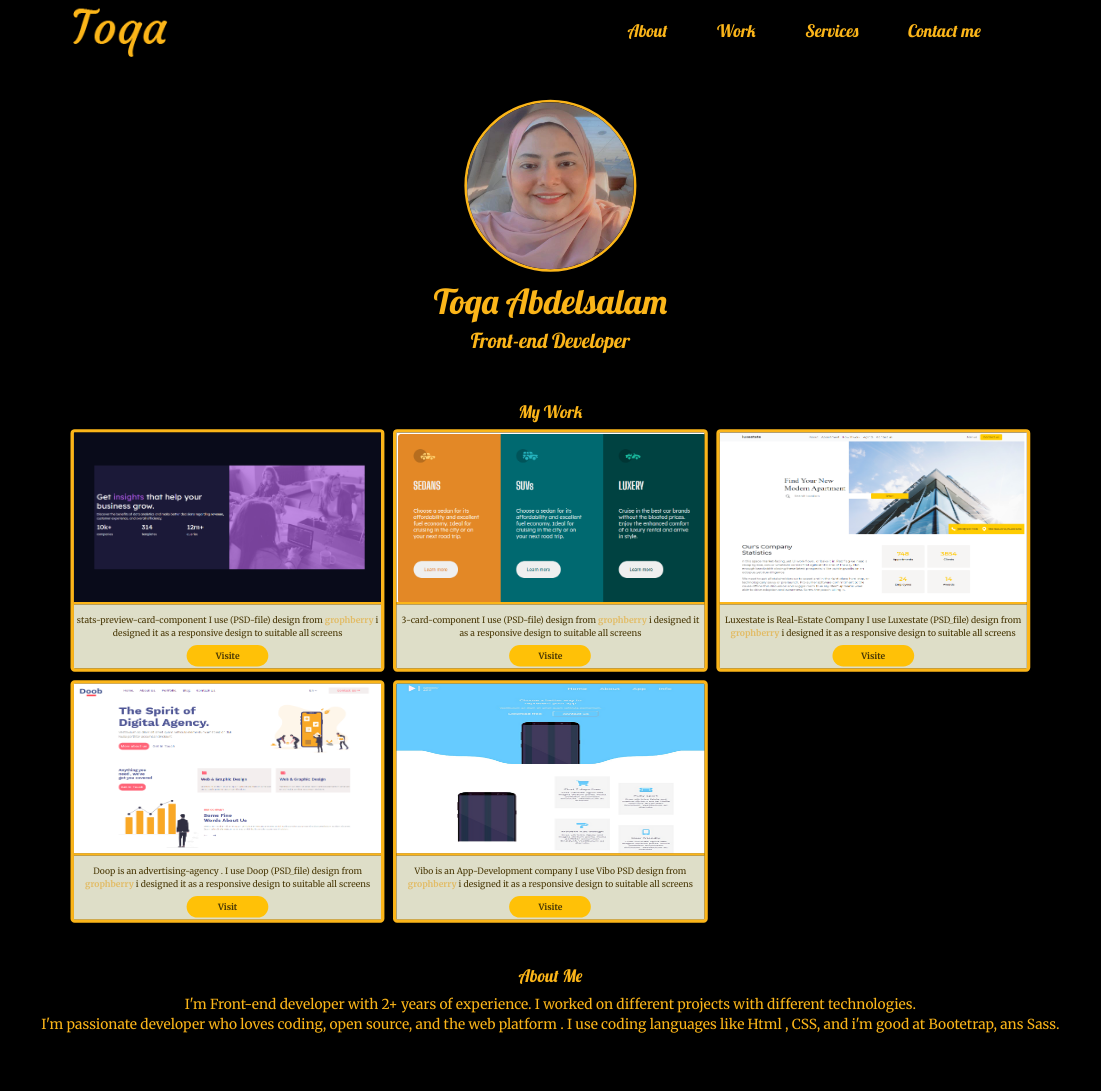
Repository: Toqa-25/portfolio
Page: index.html
The author's editor kept a copy of each file at every save. The page is drawn from the files as they stood at one save, then again after the next save.
The browser window is 1280 px wide. The pictures show the whole page, at 86% of full size.
Some web fonts or font styles are not loaded; a fallback is used.

Above is the page before, as saved 2021-07-15 16:16:59.

### index.html
<!DOCTYPE html>
<html lang="en">
<head>
    <meta charset="UTF-8">
    <meta http-equiv="X-UA-Compatible" content="IE=edge">
    <meta name="viewport" content="width=device-width, initial-scale=1.0">
    <title>Toqa Portfolio</title>
      <!-- bootstrap file -->
      <link rel="stylesheet" href="css/all.min.css">
      <link rel="stylesheet" href="css/bootstrap.css">
      <!-- css file -->
      <link rel="stylesheet" href="css/style.css">
      <!-- fonts -->
      <link rel="preconnect" href="https://fonts.googleapis.com">
<link rel="preconnect" href="https://fonts.gstatic.com" crossorigin>
<link href="https://fonts.googleapis.com/css2?family=Lobster&family=Otomanopee+One&display=swap" rel="stylesheet">
<link rel="preconnect" href="https://fonts.googleapis.com">
<link rel="preconnect" href="https://fonts.gstatic.com" crossorigin>
<link href="https://fonts.googleapis.com/css2?family=Merriweather:ital,wght@0,300;0,400;0,700;0,900;1,300;1,400;1,700;1,900&display=swap" rel="stylesheet">
<link rel="preconnect" href="https://fonts.googleapis.com">
<link rel="preconnect" href="https://fonts.gstatic.com" crossorigin>
<link href="https://fonts.googleapis.com/css2?family=Bebas+Neue&family=Oswald:wght@200;300;400;500;600;700&display=swap" rel="stylesheet">
</head>
<body>
    <header class="section">
       <nav class="container">
           <img src="images/logo.png" alt="logo">
       <ul class="list">
           <li>About</li>
           <li>Work</li>
           <li>Services</li>
           <li>Contact me</li>
           <!-- <li>Reviews</li> -->
       </ul>
       <div role="navigation">
      <svg xmlns="http://www.w3.org/2000/svg" width="35" height="35" fill="#fbb519" class="bi bi-list" viewBox="0 0 16 16">
        <path fill-rule="evenodd" d="M2.5 12a.5.5 0 0 1 .5-.5h10a.5.5 0 0 1 0 1H3a.5.5 0 0 1-.5-.5zm0-4a.5.5 0 0 1 .5-.5h10a.5.5 0 0 1 0 1H3a.5.5 0 0 1-.5-.5zm0-4a.5.5 0 0 1 .5-.5h10a.5.5 0 0 1 0 1H3a.5.5 0 0 1-.5-.5z"/>
      </svg>
      <ul class="hidden">
        <li>About</li>
        <li>Work</li>
        <li>Services</li>
        <li>Contact me</li>
        <!-- <li>Reviews</li> -->
      </ul>
      </div>
    </nav>

    </header>
    <div class="my-image section">
      <div class="quik  " role="main">
        <div>
        <img src="images/IMG-20210619-WA0014.jpg" alt=""><br>
        <h1>Toqa Abdelsalam</h1>
        <h4>Front-end Developer</h4>
      </div>
      </div>
    </div>

      <section class="section container work">
      <h5>My Work</h5>
      <div class="card-groups">
      <div class="project card" role="menu">
        <img src="images/toqa-25.github.io_stats-preview-card-component-main_.png" alt="">
        <p>stats-preview-card-component
      I use  (PSD-file) design from <span> <a href="https://www.frontendmentor.io/">grophberry</a></span>
  i designed it as a responsive design to suitable all screens <br>
  <button><a href="https://toqa-25.github.io/stats-preview-card-component-main/">Visite</a></button>
 </p>
 </div>
      <div class="project card" role="menu">
        <img src="images/toqa-25.github.io_3-cards-component3_.png" alt="">
        <p>3-card-component
      I use (PSD-file) design from <span> <a href="https://www.frontendmentor.io/">grophberry</a></span>
  i designed it as a responsive design to suitable all screens <br>
  <button><a href="https://toqa-25.github.io/3-cards-component/">Visite</a></button>
 </p>
 </div>
      <div class="project card" role="menu">
          <img src="images/destop-luxestate - Copy (1).png" alt="">
          <p>Luxestate is Real-Estate Company
        I use Luxestate (PSD_file) design from <span> <a href="https://www.graphberry.com/">grophberry</a></span>
    i designed it as a responsive design to suitable all screens <br>
    <button><a href="https://toqa-25.github.io/luxstate-project-/">Visite</a></button>
   </p>
   </div>
      <div class="project card" role="menu">
          <img src="images/web_design.png" alt="">
          <p>Doop is an advertising-agency .
        I use Doop (PSD_file) design from <span> <a href="https://www.graphberry.com/">grophberry</a></span>
    i designed it as a responsive design to suitable all screens <br>
    <button><a href="https://toqa-25.github.io/simply-agency/">Visit </a></button>
   </p>
   </div>
      <div class="project card" role="menu">
        <img src="images/Vibo_App(desktop)_toqa-25.github.io2.png" alt="">
          <p>Vibo is an App-Development company
        I use Vibo PSD design from <span> <a href="https://www.graphberry.com/">grophberry</a></span>
    i designed it as a responsive design to suitable all screens <br>
    <button><a href="https://toqa-25.github.io/vibo-app/">Visite</a></button>
   </p>
   </div>
   </div>
      </section>

      <section class="section about">

          <h5>About Me</h5>
      <p> I'm Front-end developer with 2+ years of experience. I worked on different projects with different technologies. <br>
       I'm passionate developer who loves coding, open source, and the web platform .
       I use coding languages like Html , CSS, and i'm good at Bootetrap, ans Sass. </p>
      </section>

</body>
</html>

### css/style.css
/* Root value */
:root{
    --main-color:#fbb519;
    --section-padding:50px;
}
/* global value */
*{
    box-sizing: border-box;
    margin: 0;
    padding: 0;

}

/* my  style */
body{
    font-family: 'Merriweather', serif;
    background-color: black;
    /* font-family: 'Otomanopee One', sans-serif; */
    /* font-family: 'Oswald', sans-serif; */
    color:var(--main-color)
}
.section{
    padding-bottom: var(--section-padding);
}
.container
{
  width: 100%;
  padding-right: 0.75rem;
  padding-left: 0.75rem;
  margin-right: auto;
  margin-left: auto;
}
 .section h5{
    text-align: center;
    font-family: 'Lobster';

 }

@media (min-width: 576px) {
 .container {
    max-width: 540px;
  }
}
@media (min-width: 768px) {
   .container {
    max-width: 720px;
  }
}
@media (min-width: 992px) {
   .container {
    max-width: 960px;
  }
}
@media (min-width: 1200px) {
 .container {
    max-width: 1140px;
  }
}
@media (min-width: 1400px) {
   .container {
    max-width: 1320px;
  }
}
 /* start header part */
 header{
    font-family: 'Lobster', cursive;

   /* background-image: url(../images/ferenc-almasi-eYpcLDXHVb0-unsplash.jpg);
   background-size: cover;*/
 }
 nav{
      display: flex;
    justify-content: space-between;
    align-items: center;
    /* background-color: black; */
 }
  nav img{
     margin-top:10px;
 }
 nav .list{
     width: 50%;
    margin-top:20px;
    list-style: none;
    color:var(--main-color);
    display: flex;
    justify-content: space-evenly;
    cursor: pointer;
    font-size: 20px;
 }
 nav .list li:hover{
  padding:5px;
  font-size: 30px;
 }
 @media (max-width: 768px){
  nav .list {
      display: none;
  }
  div{
      display: block;
      padding: 15px;
  }
  .quik h2{
    font-size: 20px;
    line-height: 2rem;
  }
  .quik img{
    width: 100px;
    height: 100px;
 }
}
 @media (min-width: 768px){
     nav div{
         display: none;

     }
 }
 div:hover  .hidden {
     display: block;
     color:var(--main-color);
     position: absolute;
     right: 44px;
     top: 37px;
     background-color: #f5f5dc91;
     list-style: none;
     border-radius: 8px;
     padding: 10px;

 }
 .hidden{
    display: none;

}
.hidden li:hover{
 padding: 5px;
 font-size: 25px;
}
 .quik{
    color: var(--main-color);
    text-align: center;
    /* background-image: url(../images/mohammad-rahmani-8qEB0fTe9Vw-unsplash.jpg); */
    height: 300px;
    display: flex;
    align-items: center;
    justify-content: center;
    /* font-family: 'Bebas Neue', cursive; */
     /* font-family: 'Oswald', sans-serif; */
     font-family: 'Lobster', cursive;


 }
 .quik img{
     width: 200px;
     height: 200px;
     border:3px solid;
     border-radius: 50%;
     -webkit-border-radius: 50%;
     -moz-border-radius: 50%;
     -ms-border-radius: 50%;
     -o-border-radius: 50%;
     margin-bottom: 10px;
}
 h2{
    color: #dad3d3;
    text-transform: uppercase;
    line-height: 3rem;
 }
 span{
     color:var(--main-color)
 }
 .card-groups{
     display: grid;
    grid-template-columns:repeat(auto-fit, minmax(300px, 1fr));
    gap:10px;
 }
 .work h5{
    text-align: center;
    font-family: 'Lobster';
 }
.card {
    width: 100%;
    height: 100%;
    position: relative;
    display: flex;
    flex-direction: column;
    min-width: 0;
    word-wrap: break-word;
    background-color: black;
    background-clip: border-box;
    border: 4px solid var(--main-color);
    border-radius: 0.3rem;
}

.card img{
    width:100%;
    height: 200px;
    border-bottom: 3px solid;
}
.card p{
    margin-bottom: 1rem;
    background-color: black;
    font-size: 10px;
    padding: 2px;
    margin: 0px;
    margin-top: 0px;
    width: 100%;
    height: 100%;
    text-align: center;
    color:#483705;
    background-color: #f5f5dce8;
    padding-top: 10px;

}
.card p a{
    text-decoration: none;
    color: #e2bc66;
    font-weight: bolder;
}
.card p:hover{

}

.card button{
    width: 95px;
    text-align: center;
    background-color: #ffc107;
    border: none;
    border-radius: 15px;
    padding: 5px;
    margin-top: 7px;
}
.card button:hover{
    width:120px;
    padding: 10px;
}
.card button a{
    text-decoration: none;
    color: #483705;
}

.about{
    text-align: center;

}

Loaded but not shown: css/all.min.css (library); css/bootstrap.css (library)

After the next save:
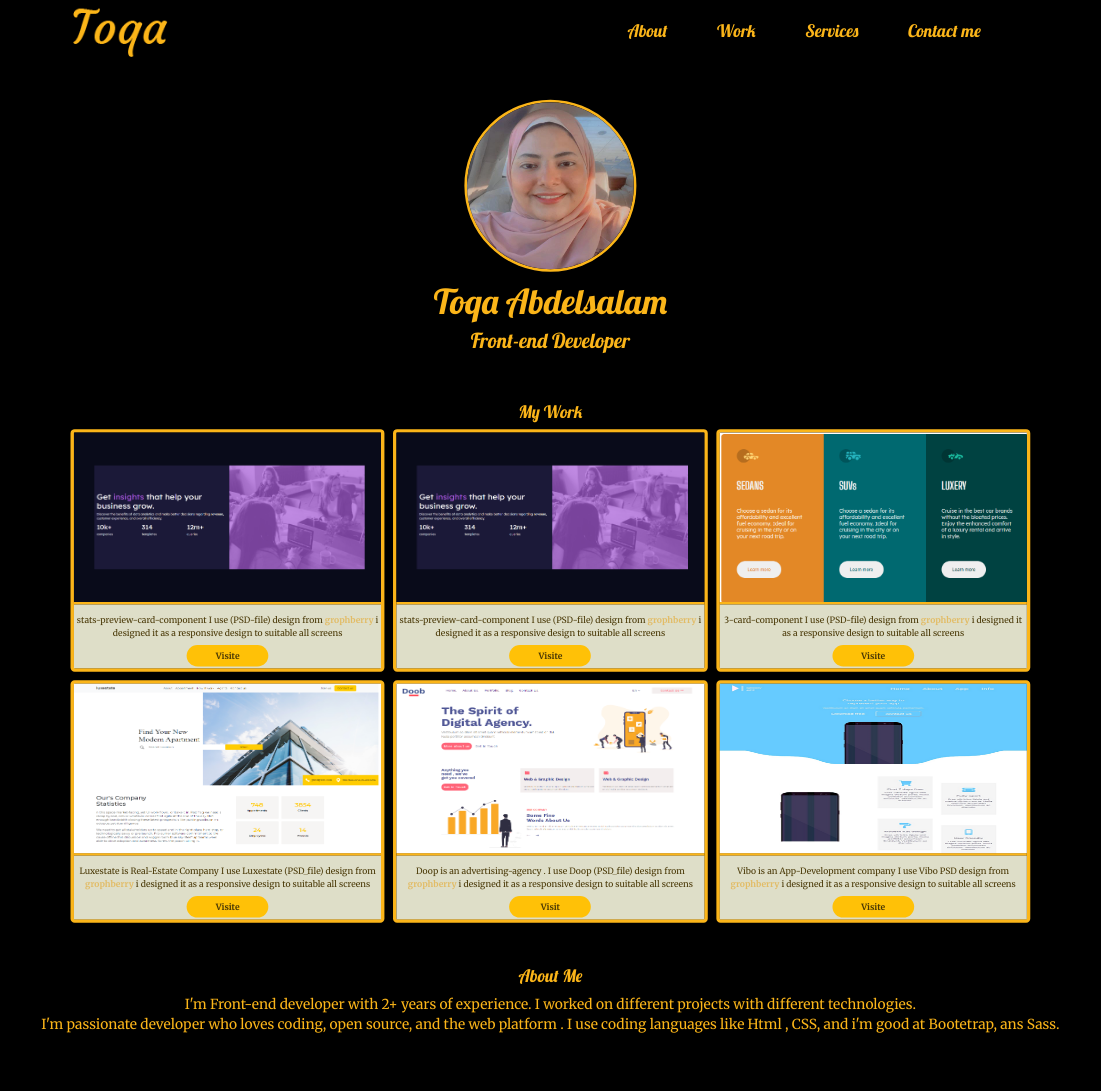
Saved 12 days later.
--- a/index.html
+++ b/index.html
@@ -69,6 +69,14 @@
  </p>
  </div>
       <div class="project card" role="menu">
+        <img src="images/toqa-25.github.io_stats-preview-card-component-main_.png" alt="">
+        <p>stats-preview-card-component
+      I use  (PSD-file) design from <span> <a href="https://www.frontendmentor.io/">grophberry</a></span>
+  i designed it as a responsive design to suitable all screens <br>
+  <button><a href="https://toqa-25.github.io/stats-preview-card-component-main/">Visite</a></button>
+ </p>
+ </div>
+      <div class="project card" role="menu">
         <img src="images/toqa-25.github.io_3-cards-component3_.png" alt="">
         <p>3-card-component
       I use (PSD-file) design from <span> <a href="https://www.frontendmentor.io/">grophberry</a></span>
